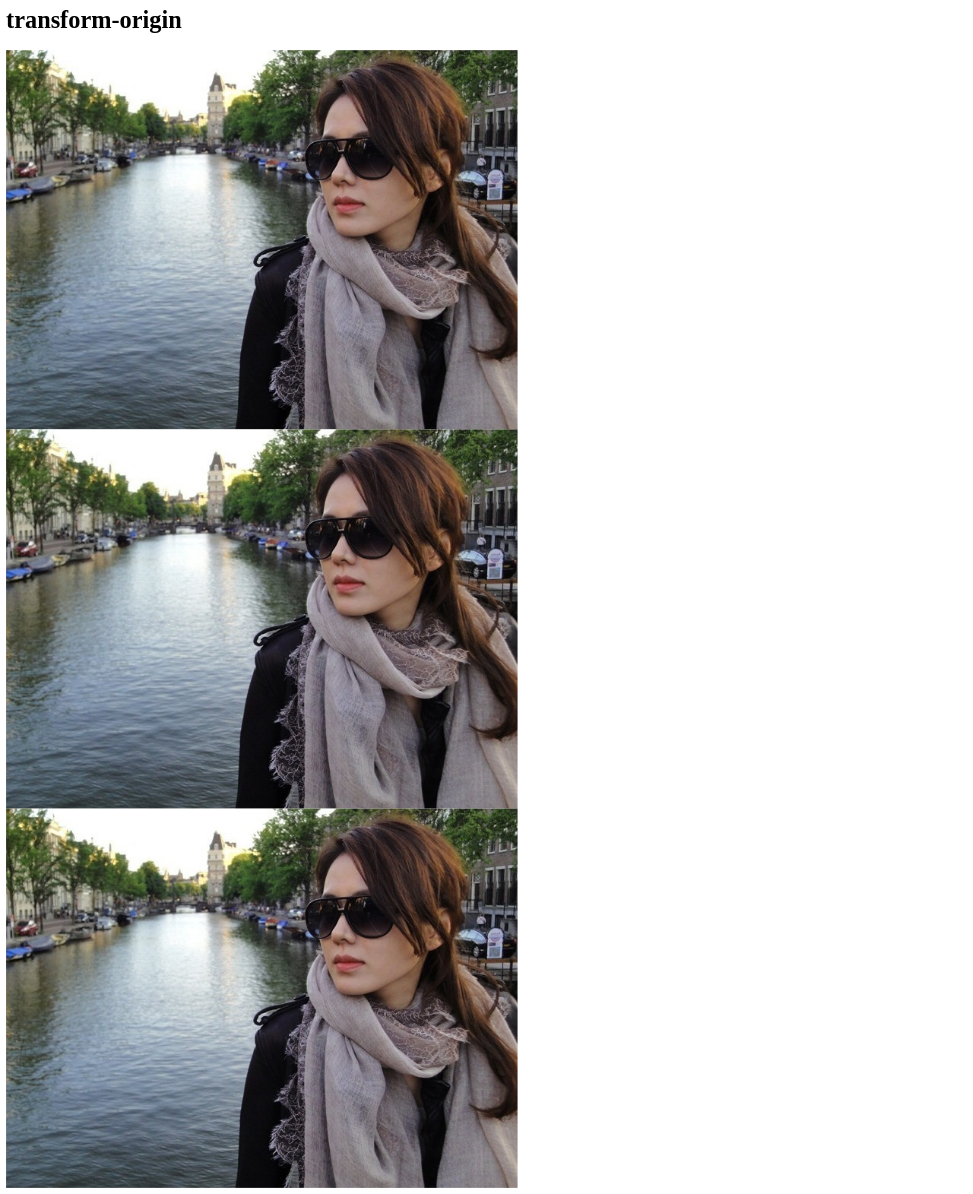
Repository: hojohe/bit-java
Page: 07_css/WebContent/14_transform/05_transform-origin.htm
An editor plug-in stored every save of this project. The page is shown before and after a run of saves, followed by the edit.
The browser window is 1280 px wide. The pictures show the whole page, at 76% of full size.

Above is the page before, as saved 2017-01-25 01:48:10.

After the next 2 saves:
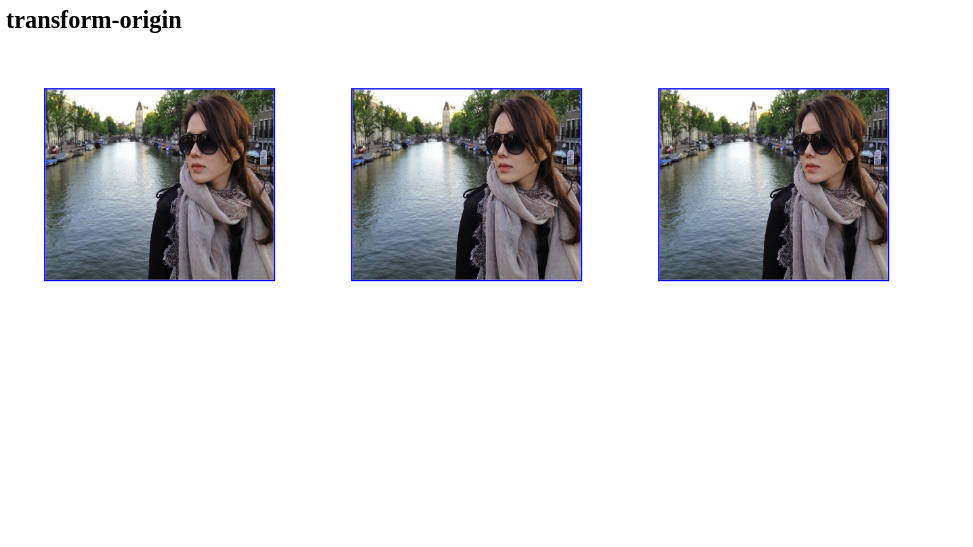
The 2 saves are shown as one change because they came seconds apart.
The last was saved 2 min 24 s later.
--- a/07_css/WebContent/14_transform/05_transform-origin.htm
+++ b/07_css/WebContent/14_transform/05_transform-origin.htm
@@ -3,6 +3,19 @@
 <title>transform-origin(변형 기준점)</title>
 <meta charset="utf-8" />
 <style>
+	div {
+        background-color: yellow;
+        width: 300px;
+        height: 250px;
+        border: 2px solid blue;
+        float: left;
+        margin: 50px;
+    }
+
+    img {
+        width: 300px; height: 250px;
+    }
+
 
 </style>
 </head>
